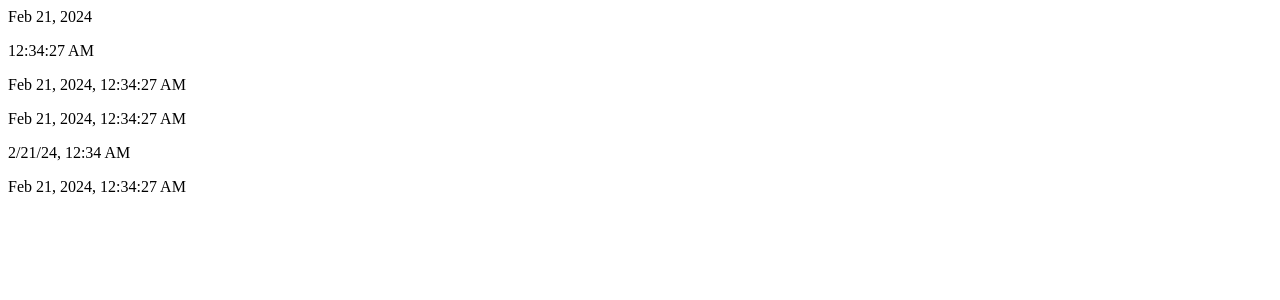
Repository: ramperrit/JSP
Page: http://localhost/JSPBook/Ch09/jstl_fmt03.jsp
The author's editor kept a copy of each file at every save. The page is drawn from the files as they stood at one save, then again after the next save.
The browser window is 1280 px wide. The pictures show the whole page.
The page is served by Tomcat 9. Nobody is signed in. The application's start-up code is not run. Other server files are loaded and not shown.

Above is the page before, as saved 2024-02-26 02:30:20.

### JSPBook/src/main/webapp/Ch09/jstl_fmt03.jsp
<%@ page language="java" contentType="text/html; charset=utf-8"%>
<%@ taglib prefix="fmt" uri="http://java.sun.com/jsp/jstl/fmt" %>
<html>
<head>
<title>Insert title here</title>
</head>
<body>
	<p><jsp:useBean id="now" class="java.util.Date"/>
	<p><fmt:formatDate value="${now}" type="date"/>
	<p><fmt:formatDate value="${now}" type="time"/>
	<p><fmt:formatDate value="${now}" type="both"/>
	<p><fmt:formatDate value="${now}" type="both" dateStyle="default" timeStyle="default"/>
	<p><fmt:formatDate value="${now}" type="both" dateStyle="short" timeStyle="short"/>
	<p><fmt:formatDate value="${now}" type="both" dateStyle="medium" timeStyle="medium"/>
</body>
</html>

After the next save:
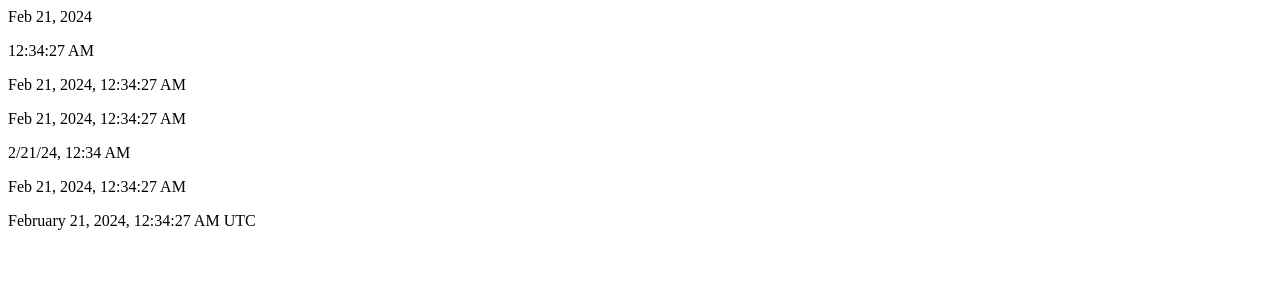
Saved 9 s later.
--- a/JSPBook/src/main/webapp/Ch09/jstl_fmt03.jsp
+++ b/JSPBook/src/main/webapp/Ch09/jstl_fmt03.jsp
@@ -12,5 +12,6 @@
 	<p><fmt:formatDate value="${now}" type="both" dateStyle="default" timeStyle="default"/>
 	<p><fmt:formatDate value="${now}" type="both" dateStyle="short" timeStyle="short"/>
 	<p><fmt:formatDate value="${now}" type="both" dateStyle="medium" timeStyle="medium"/>
+	<p><fmt:formatDate value="${now}" type="both" dateStyle="long" timeStyle="long"/>
 </body>
 </html>
